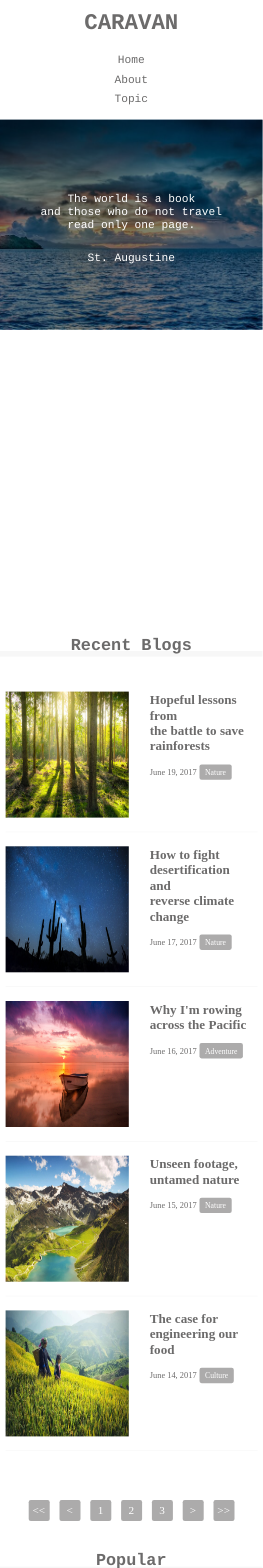
Repository: night-runner-dh/kyouzai
Page: CARAVAN/CARAVAN.html
The author's editor kept a record of every edit. The page is drawn from the files as they stood at one moment, then again after the next edit.
The browser window is 375 px wide. The pictures show the part of the page from y = 0 to 2240 px (the page is 3734 px tall before and 3359 px after), at 70% of full size.
Some web libraries are served in a nearby version.

Above is the page before.

### CARAVAN/CARAVAN.html
<!DOCTYPE html>
<html lang="ja">
  <head>
    <meta charset="UTF-8" />
    <meta name="viewport" content="width=device-width,initial-scale=1.0">
    <!-- FontAwesomeの読み込み -->
    <script src="https://kit.fontawesome.com/9dff7c622c.js" crossorigin="anonymous"></script>
    <!-- CSSファイルの読み込み -->
    <link rel="stylesheet" href="style.css" />
    <title>CARAVAN</title>
  </head>

  <body>
    <!-- header -->
    <header>
      <h1 class="heading">
        <a href="index.html">
          CARAVAN
        </a>
      </h1>
      <div class="social">
          <i class="fab fa-facebook-square"></i>
          <i class="fab fa-twitter-square"></i>
          <i class="fab fa-instagram"></i>
      </div>
    </header>

    <!-- navigation -->
    <nav>
      <ul class="nav-list">
        <li class="nav-list-item">
          <a href="index.html">Home</a>
        </li>
        <li class="nav-list-item">About</li>
        <li class="nav-list-item">Topic</li>
      </ul>
    </nav>

    <!-- main-visual用のdiv -->
    <div class="main-visual">
      <div class="main-visual-content">
        <p class="main-visual-text">
          The world is a book<br />
          and those who do not travel<br />
          read only one page.
        </p>
        <p class="main-visual-name">
          St. Augustine
        </p>
      </div>
    </div>

    <!-- main用のdiv -->
    <main>
      <section class="blog">
        <h2 class="blog-heading">Recent Blogs</h2>
        <div class="blog-box">
          <div class="blog-item">
            <img class="blog-image" src="img/forest.jpg" />
            <section class="blog-text">
              <h3 class="blog-text-heading">
                <a href="single.html">
                  Hopeful lessons from<br />
                  the battle to save<br />
                  rainforests
                </a>
              </h3>
              <p class="blog-date">June 19, 2017</p>
              <span class="category">Nature</span>
            </section>
          </div>
          <div class="blog-item">
            <img class="blog-image" src="img/desert.jpg" />
            <section class="blog-text">
              <h3 class="blog-text-heading">
                <a href="single.html">
                  How to fight<br />
                  desertification and<br />
                  reverse climate change
                </a>
              </h3>
              <p class="blog-date">June 17, 2017</p>
              <span class="category">Nature</span>
            </section>
          </div>
          <div class="blog-item">
            <img class="blog-image" src="img/sunset.jpg" />
            <section class="blog-text">
              <h3 class="blog-text-heading">
                <a href="single.html">
                  Why I'm rowing<br />
                  across the Pacific
                </a>
              </h3>
              <p class="blog-date">June 16, 2017</p>
              <span class="category">Adventure</span>
            </section>
          </div>
          <div class="blog-item">
            <img class="blog-image" src="img/italy.jpg" />
            <section class="blog-text">
              <h3 class="blog-text-heading">
                <a href="single.html">
                  Unseen footage,<br />
                  untamed nature
                </a>
              </h3>
              <p class="blog-date">June 15, 2017</p>
              <span class="category">Nature</span>
            </section>
          </div>
          <div class="blog-item">
            <img class="blog-image" src="img/asia.jpg" />
            <section class="blog-text">
              <h3 class="blog-text-heading">
                <a href="single.html">
                  The case for<br />
                  engineering our food
                </a>
              </h3>
              <p class="blog-date">June 14, 2017</p>
              <span class="category">Culture</span>
            </section>
          </div>
        </div>
        <div class="pagination">
          <p><<</p>
          <p><</p>
          <p>1</p>
          <p>2</p>
          <p>3</p>
          <p>></p>
          <p>>></p>
        </div>
      </section>
      <div class="sidebar">
        <section class="popular">
          <h2 class="sidebar-heading common-heading">Popular</h2>
          <div class="sidebar-contents">
            <p class="popular-text">
              To solve old problems,<br />study new species
            </p>
            <p class="popular-text">
              Why Earth may someday<br />look like Mars
            </p>
            <p class="popular-text">
              What will humans look<br />like in 100 years?
            </p>
            <p class="popular-text">
              How to grow a forest<br />in your backyard
            </p>
            <p class="popular-text">
              How humans could evolve<br />to survive in space
            </p>
          </div>
        </section>
        <section class="instagram">
          <h2 class="instagram-heading common-heading">Instagram</h2>
          <div class="sidebar-contents">
            <div class="instagram-box"></div>
            <div class="instagram-box"></div>
            <div class="instagram-box"></div>
            <div class="instagram-box"></div>
            <div class="instagram-box"></div>
            <div class="instagram-box"></div>
          </div>
        </section>
        <section class="categories">
          <h2 class="categories-heading common-heading">Categories</h2>
          <div class="sidebar-contents">
            <p class="categories-text">Technology(15)</p>
            <p class="categories-text">Business(23)</p>
            <p class="categories-text">Entertainment(12)</p>
            <p class="categories-text">Nature(32)</p>
            <p class="categories-text">Education(9)</p>
            <p class="categories-text">Adventure(23)</p>
            <p class="categories-text">Communication(14)</p>
          </div>
        </section>
      </div>
    </main>

    <!-- footer -->
    <footer>
      <p class="footer-text">© All rights reserved by Infratop.Inc.</p>
    </footer>
  </body>
</html>

### CARAVAN/style.css
* {
  margin: 0;
  padding: 0;
  box-sizing: border-box;
  color: #6c6b6b;
}

a {
  text-decoration: none;
}

header, nav, h2, .main-visual, footer {
  font-family: Chalkduster, "Bradley Hand", Courier, "Segoe Print", sans-serif;
}

header {
  width: 90%; /* 横幅90% */
  padding: 15px 0;
  margin: 0 auto;
  text-align: center;
  position: relative;
}

.social i {
  display: inline-block;
  margin-left: 20px;
}

.social {
  position: absolute;
  top: 22px;
  right: 22px;
}

header .heading {
  /* headerタグ内のheadingクラスにのみ反映される */
  font-size: 32px;
}

.nav-list {
  text-align: center;
  padding: 10px 0;
  margin: 0 auto;
}

.nav-list-item {
  list-style: none;
  display: inline-block;
  margin: 0 20px;
}

.main-visual {
  width: 100%; /* 横幅いっぱい */
  height: 300px; /* 高さ300px */
  background-image: url(img/mv.jpg);
  background-size: cover; /* 縦横比を維持したまま背景領域を埋め尽くす */
  background-position: center; /* 背景画像を中央に配置 */
}

.main-visual-content {
  width: 40%; /* 横幅40% */
  height: 300px; /* 親の高さに揃える */
  background-color: rgba(0, 0, 0, 0.5); /* 背景色を半透明の黒にする */
  text-align: center; /* 文字を中央揃えにする */
  padding-top: 105px; /* 上側の内側余白で垂直方向の位置を調整 */
}

.main-visual-text {
  color: #fff; /* 文字色を白に変更 */
}

.main-visual-name {
  margin-top: 30px; /* 上側の外側の余白 */
  color: #fff; /* 文字色を白に変更 */
}

main {
  width: 800px; /* 横幅800px */
  display: flex; /* Flexboxの利用 */
  justify-content: center; /* 要素の横並び・中央寄せ */
  margin: 0 auto; /* 要素の中央揃え */
  padding: 70px 0; /* 上下に70px、左右に0pxの内側余白 */
}

.blog {
  width: 540px;
  margin-right: 30px; /* 領域の右側余白 */
}

.blog-heading {
  border-bottom: 8px solid #f7f7f7;
  text-align: center;
  line-height: 0.6;
}

.blog-box {
  padding-top: 50px;
}

.blog-item {
  padding-bottom: 20px;
  margin-bottom: 20px;
  border-bottom: 1px solid #f7f7f7;
  display: flex;
  justify-content: flex-start;
}

.blog-image {
  height: 180px;
}

.blog-text {
  padding: 25px 0 0 30px;
}

.blog-text-heading {
  padding-bottom: 15px;
}

.blog-date {
  font-size: 12px;
  display: inline-block;
}

.category {
  display: inline-block;
  padding: 5px 8px;
  background-color: #acabab;
  border-radius: 3px;
  color: #fff;
  font-size: 11px;
}

.pagination {
  text-align: center;
  padding-top: 50px;
}
.pagination p {
  display: inline-block;
  width: 30px;
  height: 30px;
  margin: 0 5px;
  color: #fff;
  background-color: #acabab;
  border-radius: 3px;
  line-height: 30px;
}

.sidebar {
  width: 230px;
}
.common-heading {
  border-bottom: 8px solid #f7f7f7;
  text-align: center;
  line-height: 0.6;
}
.sidebar-contents {
  padding: 50px 0;
}
.popular-text,
.categories-text {
  padding-bottom: 5px;
  border-bottom: 1px solid #f7f7f7;
  margin-bottom: 5px;
}
.popular-text:last-child,
.categories-text:last-child {
  margin: 0;
  padding: 0;
  border: none;
}

.instagram .sidebar-contents {
  display: flex;
  flex-wrap: wrap;
}

.instagram-box {
  width: 110px;
  padding-top: 110px;
  background-size: cover;
  background-position: center;
  margin-bottom: 10px;
}
.instagram-box:nth-child(odd) {
  margin-right: 10px;
}
.instagram-box:nth-child(1) {
  background-image: url(img/airport.jpg);
}
.instagram-box:nth-child(2) {
  background-image: url(img/japan.jpg);
}
.instagram-box:nth-child(3) {
  background-image: url(img/snow.jpg);
}
.instagram-box:nth-child(4) {
  background-image: url(img/japan2.jpg);
}
.instagram-box:nth-child(5) {
  background-image: url(img/lake.jpg);
}
.instagram-box:nth-child(6) {
  background-image: url(img/road.jpg);
}

footer {
  width: 100%;
  height: 120px;
  text-align: center;
  line-height: 120px;
  background-color: #848282;
}

.footer-text {
  color: #fff;
}

@media screen and (max-width: 425px) {
  header {
    width: 100%;
  }

  .nav-list {
    width: 100%;
  }

  .nav-list-item {
    width: 100%;
    margin: 0 0 10px 0;
  }

  .social {
    display: none;
  }

  .main-visual-content {
    width: 100%;
  }

  main {
    width: 100%;
    display: block;
  }

  .blog {
    width: 100%;
    margin-top: 100%;
  }

  .blog-box {
    padding-left: 2%;
    padding-right: 2%;

  }

  .blog-image {
    width: 49%;
  }

  .blog-text {
    width: 49%;
    padding-top: 1px;
  }

  .sidebar {
    width: 100%;
  }

  .sidebar-contents {
    padding-left: 3%;
    padding-right: 3%;
  }

  .instagram-box {
    width: 48%;
    padding-top: 48%;
  }

  .instagram-box:nth-child(odd) {
    margin-right: 4%;
  }

  .pagination {
    margin-bottom: 50px;
  }
}

After the next edit:
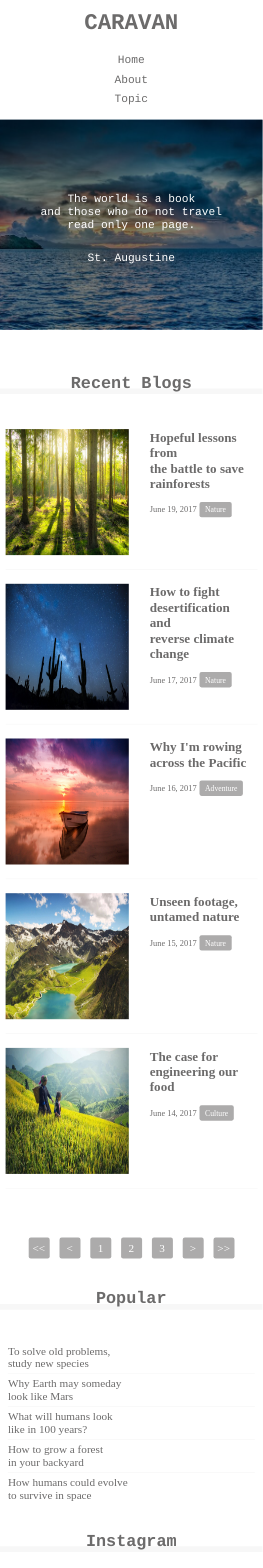
The edit:
--- a/CARAVAN/style.css
+++ b/CARAVAN/style.css
@@ -245,7 +245,7 @@
 
   .blog {
     width: 100%;
-    margin-top: 100%;
+    margin: 0;
   }
 
   .blog-box {
